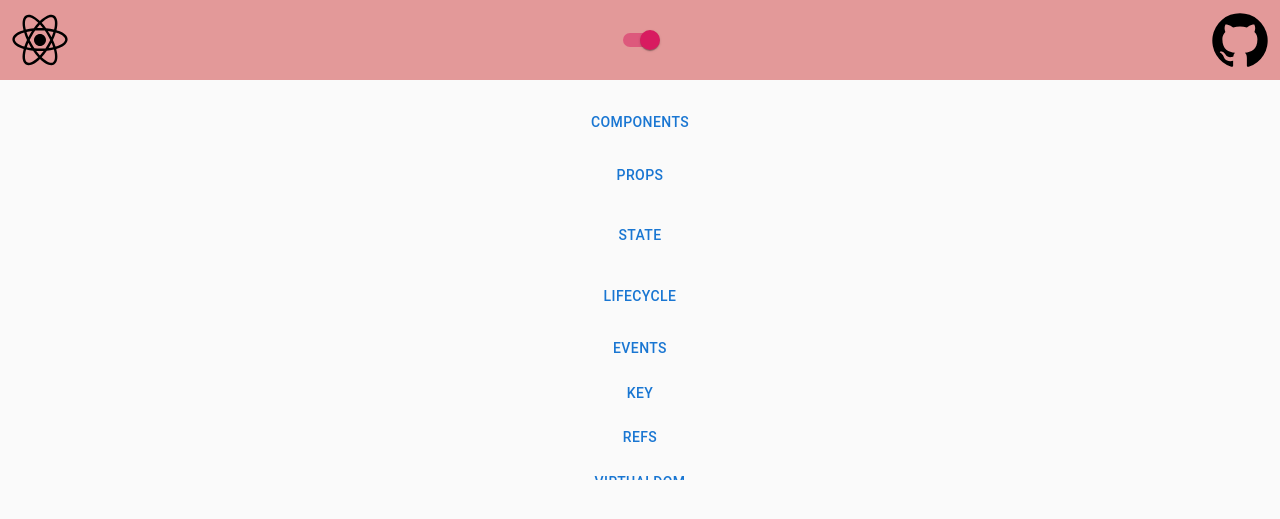
Repository: savannaaaas/reactDocumentation
Page: /topic
These files come from the project's save history. The page is drawn as it stood at one moment and after the next save; the edit follows.
The browser window is 1280 px wide. The pictures show the whole page.
An inner scrolling area shows only its first screen. The project was rebuilt for these pictures with package versions that can differ from the ones it lists, and the page was loaded fresh each time. Also part of the build but not shown: vite.config.js, src/pages/welcomePage/WelcomeButton/WelcomeButton.jsx, src/pages/welcomePage/Content/ContentWelcome.jsx, src/pages/welcomePage/WelcomePage.jsx, src/pages/componentPage/ComponentPage.jsx.

Above is the page before, as saved 2025-07-18 19:31:43.

After the next save:
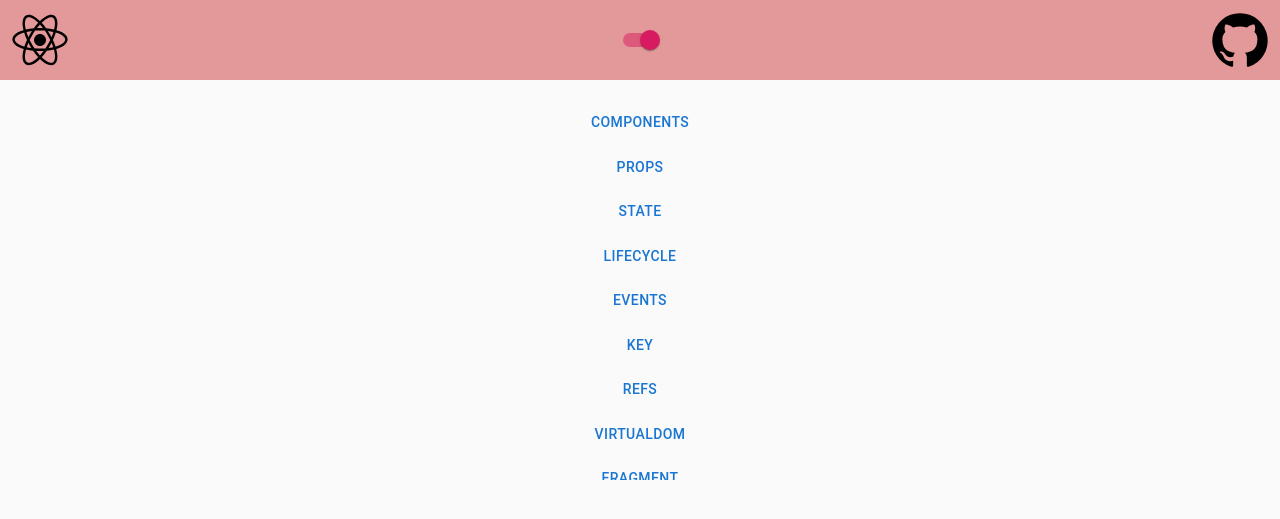
Saved 6 s later.
--- a/src/components/Navigation/Navigation.jsx
+++ b/src/components/Navigation/Navigation.jsx
@@ -12,17 +12,17 @@
             Components
           </Button>
         </ListItem>
-        <ListItem>
+        <ListItem disablePadding>
           <Button component={NavLink} to="/topic/props" fullWidth>
             Props
           </Button>
         </ListItem>
-        <ListItem>
+        <ListItem disablePadding>
           <Button component={NavLink} to="/topic/state" fullWidth>
             State
           </Button>
         </ListItem>
-        <ListItem>
+        <ListItem disablePadding>
           <Button component={NavLink} to="/topic/lifecycle" fullWidth>
             Lifecycle
           </Button>
